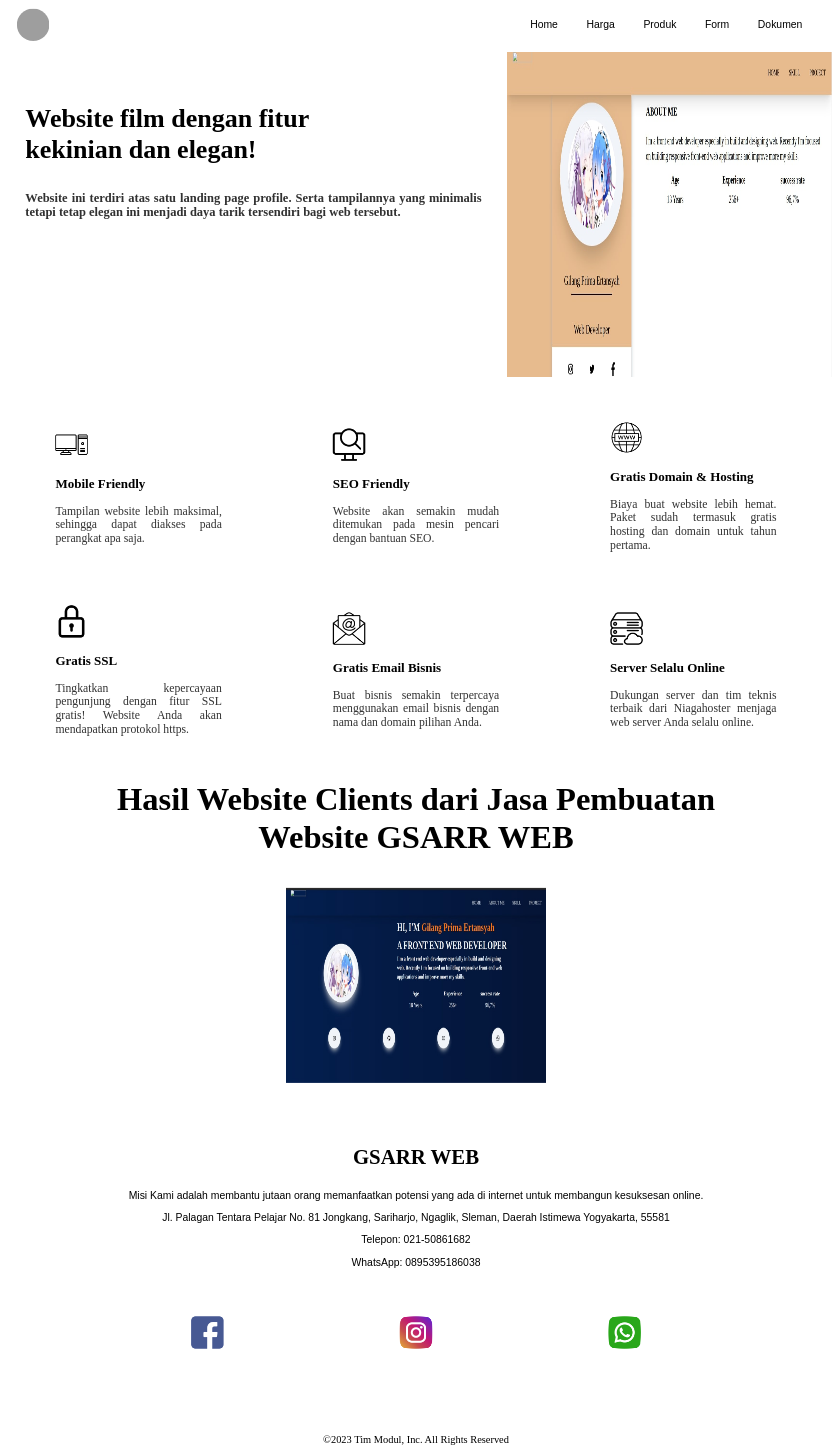
Repository: zecht12/TimModul
Page: JenisWeb/Web4.html
These files come from the project's save history. The page is drawn as it stood at one moment and after the next save; the edit follows.
The browser window is 1280 px wide. The pictures show the whole page, at 65% of full size.
Pictures or frames that could not be fetched are drawn as grey boxes.

Above is the page before, as saved 2023-04-26 15:18:04.

After the next save:
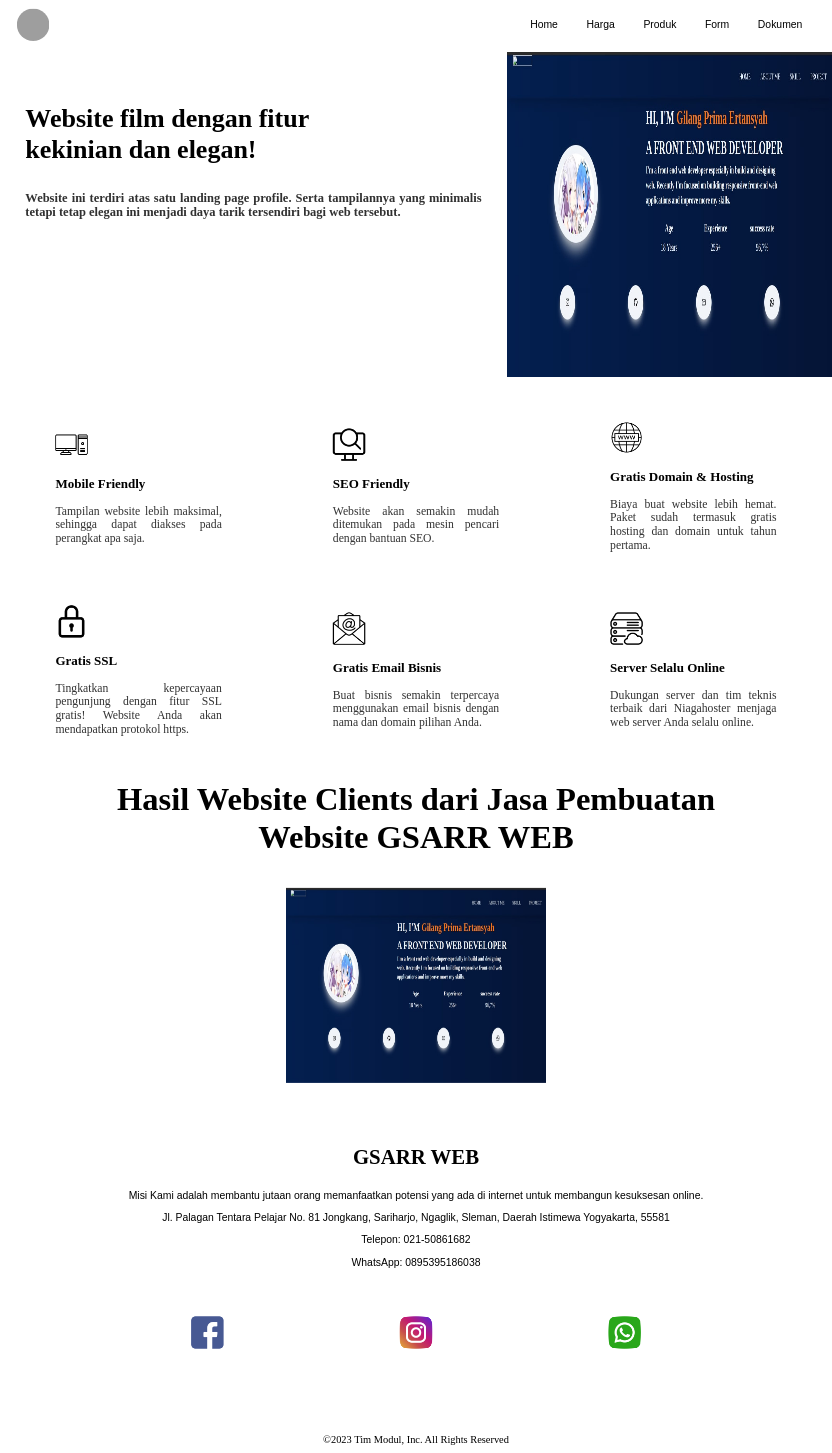
Saved 7 s later.
--- a/JenisWeb/Web4.html
+++ b/JenisWeb/Web4.html
@@ -32,7 +32,7 @@
                 </div>
             </div>
             <div>
-                <img src="../assets/web2.jpg" alt="logo" width="500px" height="500px">
+                <img src="../assets/web3.jpg" alt="logo" width="500px" height="500px">
             </div>
         </div>
         <div style="display: flex; justify-content: space-around; align-items: center; padding-top: 5%;">
